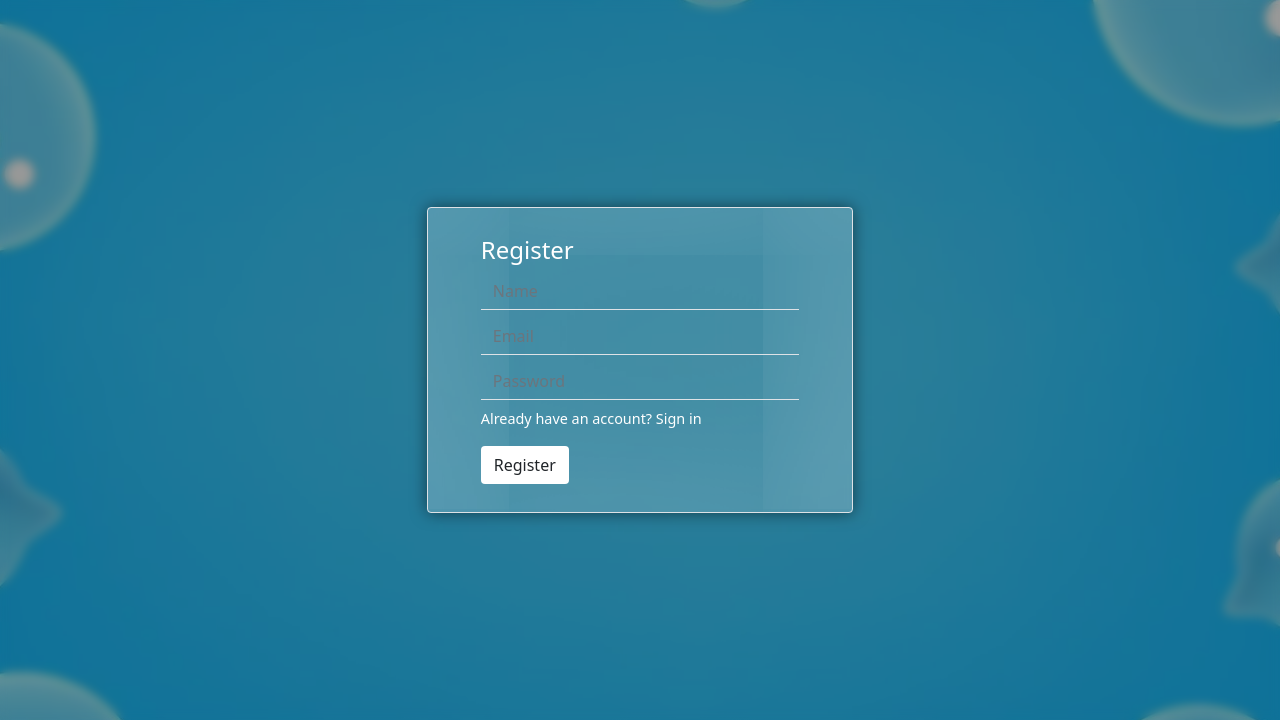
Repository: SaudCh/React-login
Page: /register
An editor plug-in stored every save of this project. The page is shown before and after the next save, followed by the edit.
The browser window is 1280 px wide. The pictures show the whole page.
The project was rebuilt for these pictures with package versions that can differ from the ones it lists, and the page was loaded fresh each time. Also part of the build but not shown: src/Components/Login/loginValidation.js, src/Components/Login/Login.jsx, src/Components/Shared/Header.jsx, src/Components/NotFound/NotFound.jsx.

Above is the page before, as saved 2022-02-06 15:38:31.

After the next save:
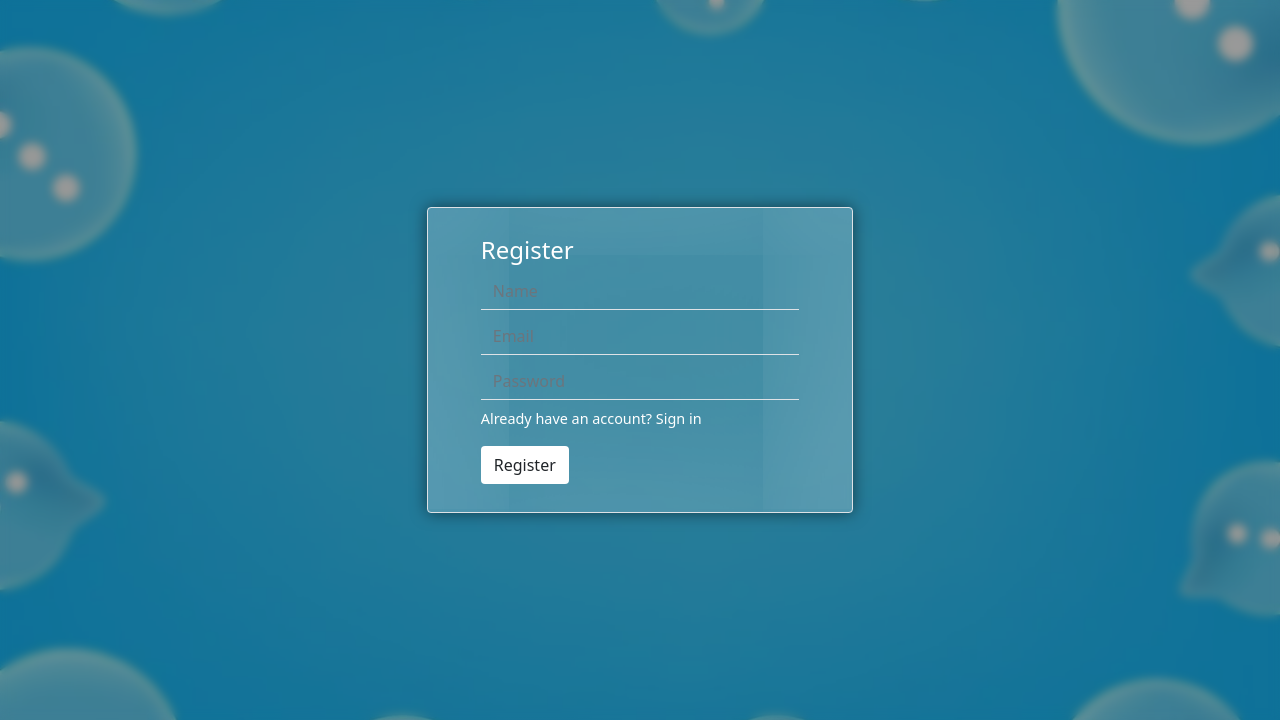
Saved 6 s later.
--- a/src/Components/Register/Register.css
+++ b/src/Components/Register/Register.css
@@ -3,7 +3,7 @@
     url("../Images/register-back.jpg");
   background-position: center;
   background-repeat: no-repeat;
-  background-size: center;
+  background-size: cover;
 
   height: 100vh;
   justify-content: center;
